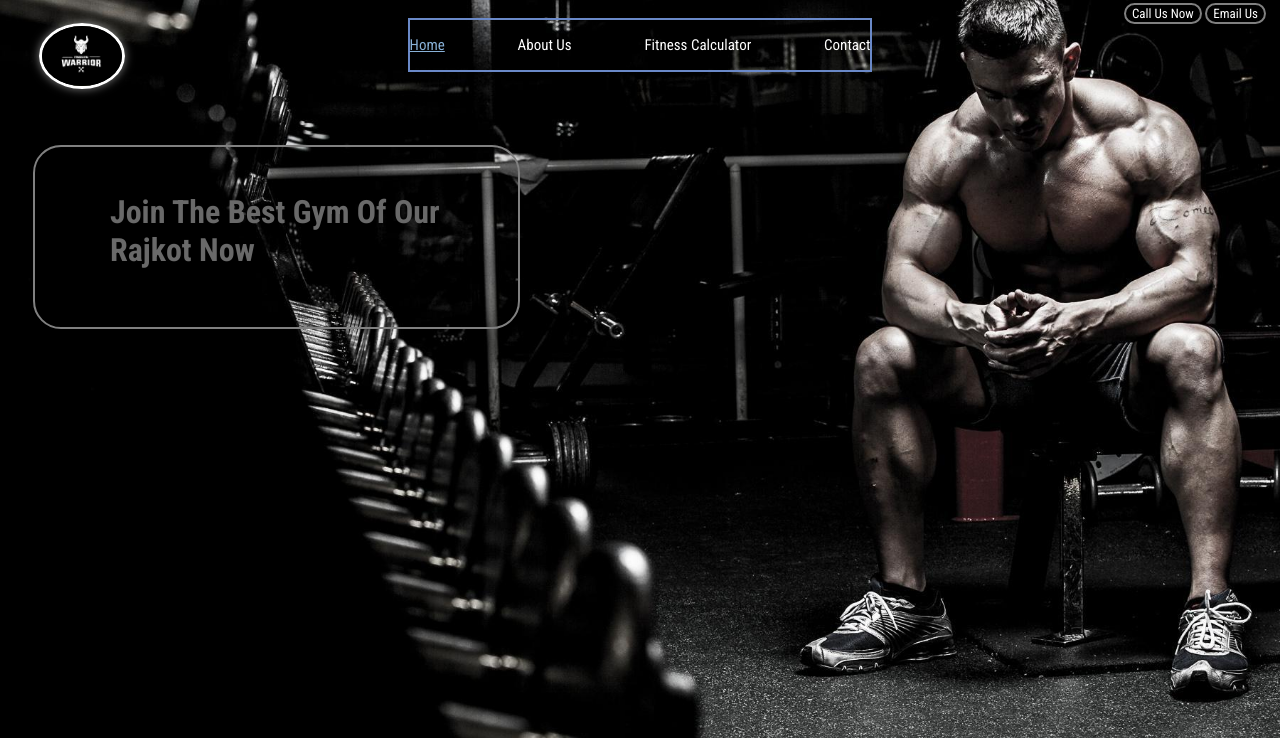
Repository: asthaasquare/project-1
Page: project-1/index.html
An editor plug-in stored every save of this project. The page is shown before and after a run of saves, followed by the edit.
The browser window is 1280 px wide. The pictures show the whole page.
Some web fonts or font styles are not loaded; a fallback is used.

Above is the page before, as saved 2024-05-09 17:36:47.

After the next 4 saves:
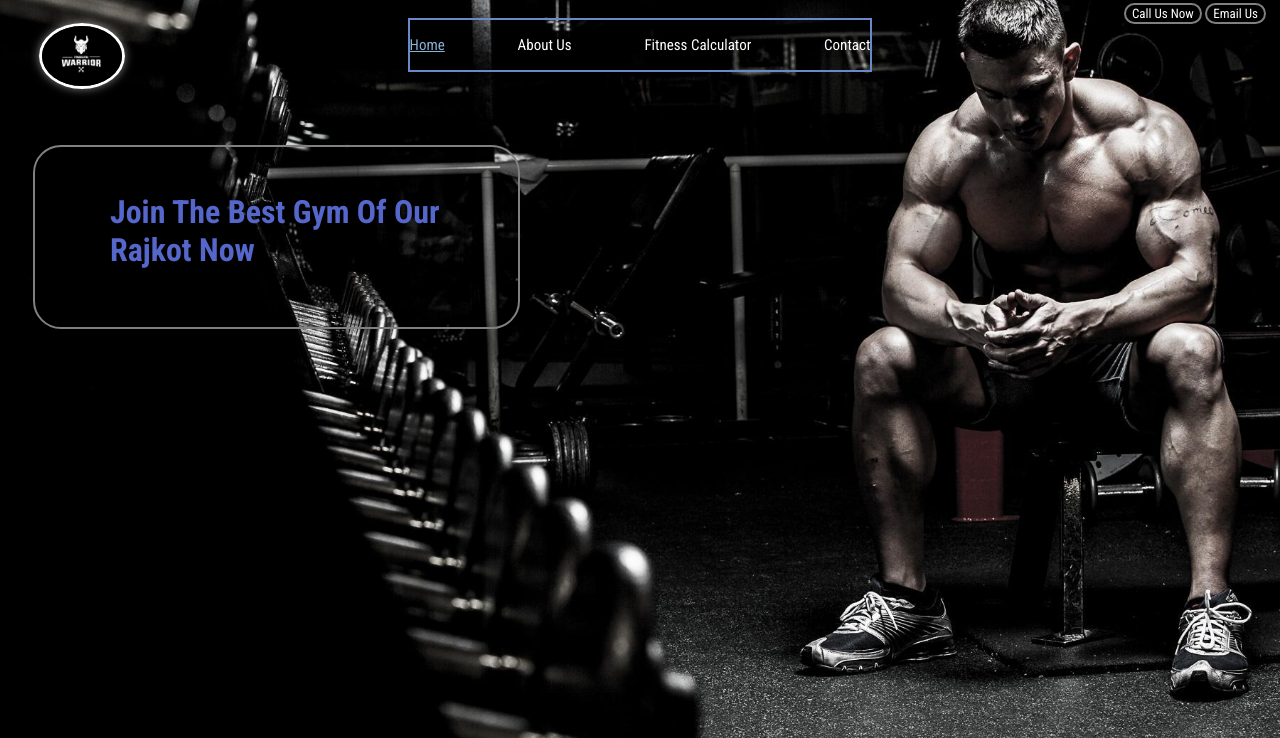
The 4 saves are shown as one change because they came seconds apart.
The last was saved 19 s later.
--- a/project-1/index.html
+++ b/project-1/index.html
@@ -128,7 +128,7 @@
     h1{
       position: relative;
       top:-50px;
-      color: dimgrey;
+      color: rgb(85, 103, 202);
     }
   </style>
 
